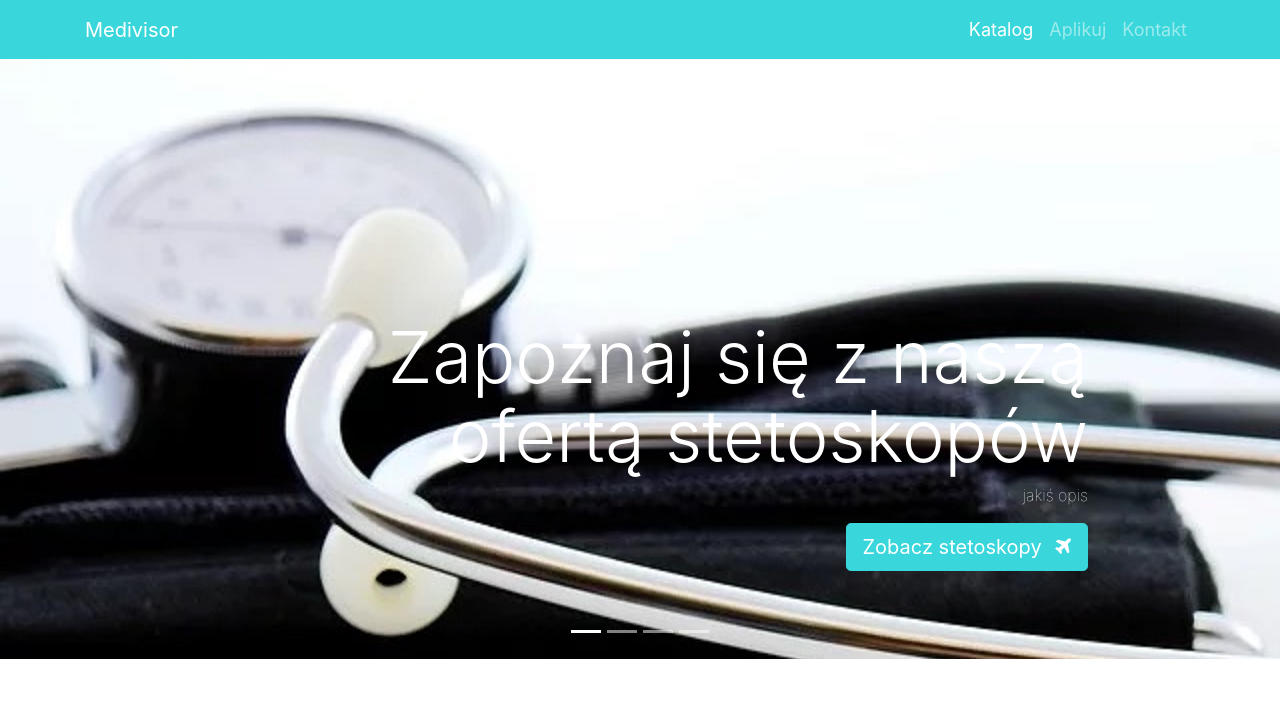
Repository: petrificustotalus/serwisy
Page: src/index.html
An editor plug-in stored every save of this project. The page is shown before and after the next save, followed by the edit.
The browser window is 1280 px wide. The pictures show the whole page.

Above is the page before, as saved 2020-05-07 16:59:26.

After the next save:
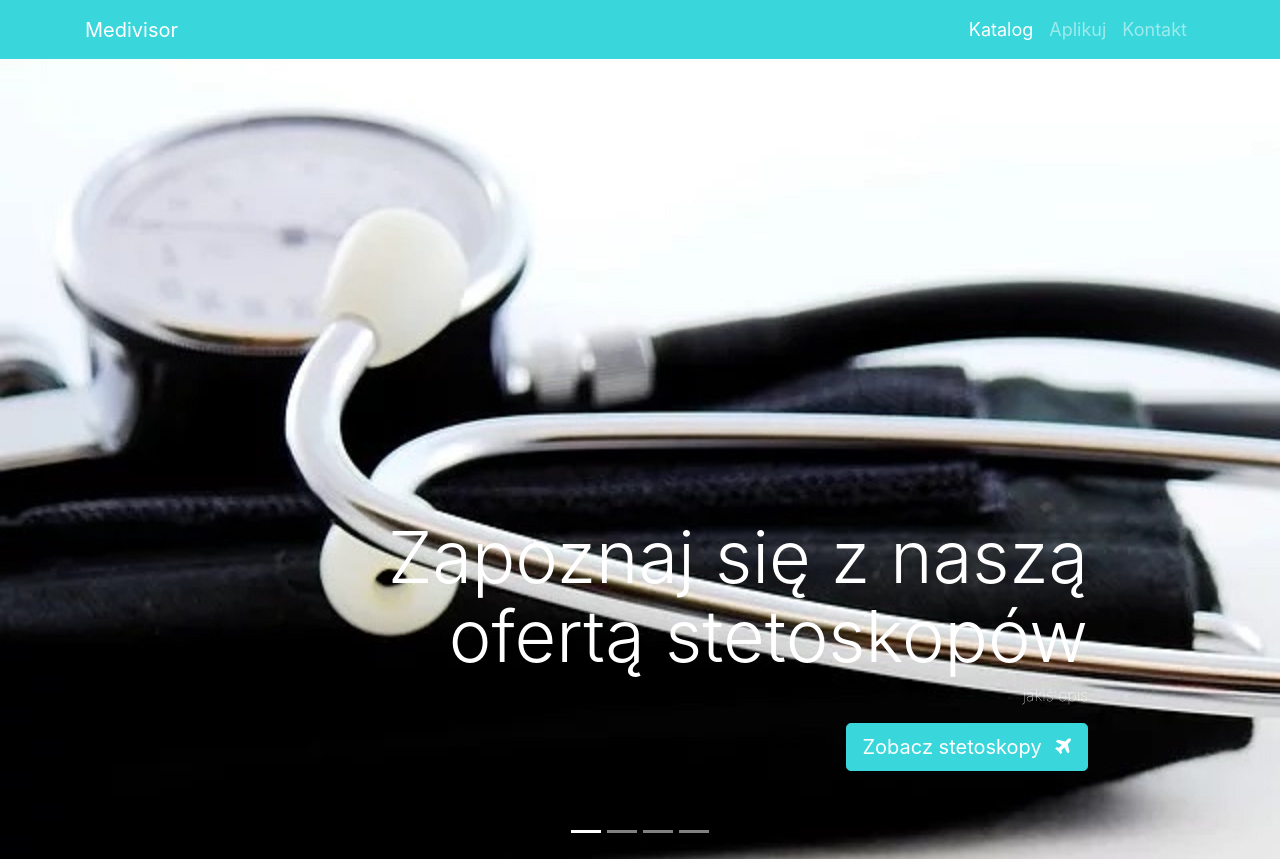
Saved 37 s later.
--- a/src/css/style.css
+++ b/src/css/style.css
@@ -4,7 +4,7 @@
   padding-right: 1em; }
 
 .carousel-item {
-  height: 600px;
+  height: 800px;
   width: cover; }
 
 #showcase p {
